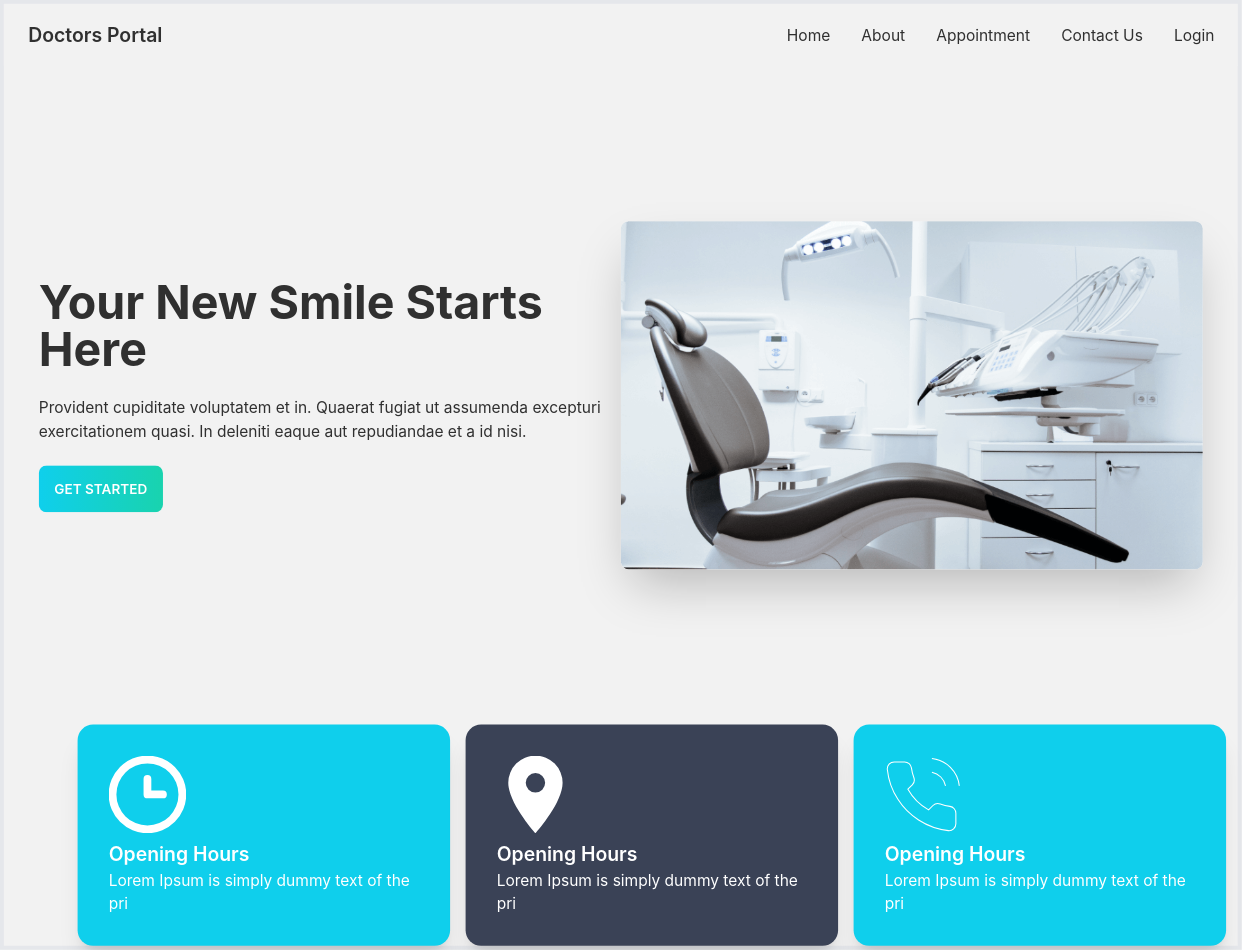
Repository: Samad77/Doctorportal-Client
Page: /
An editor plug-in stored every save of this project. The page is shown before and after the next save, followed by the edit.
The browser window is 1280 px wide. The pictures show the whole page, at 97% of full size.
The project was rebuilt for these pictures with package versions that can differ from the ones it lists, and the page was loaded fresh each time. Also part of the build but not shown: src/Pages/Login/Login.js.

Above is the page before, as saved 2022-11-12 11:14:23.

After the next save:
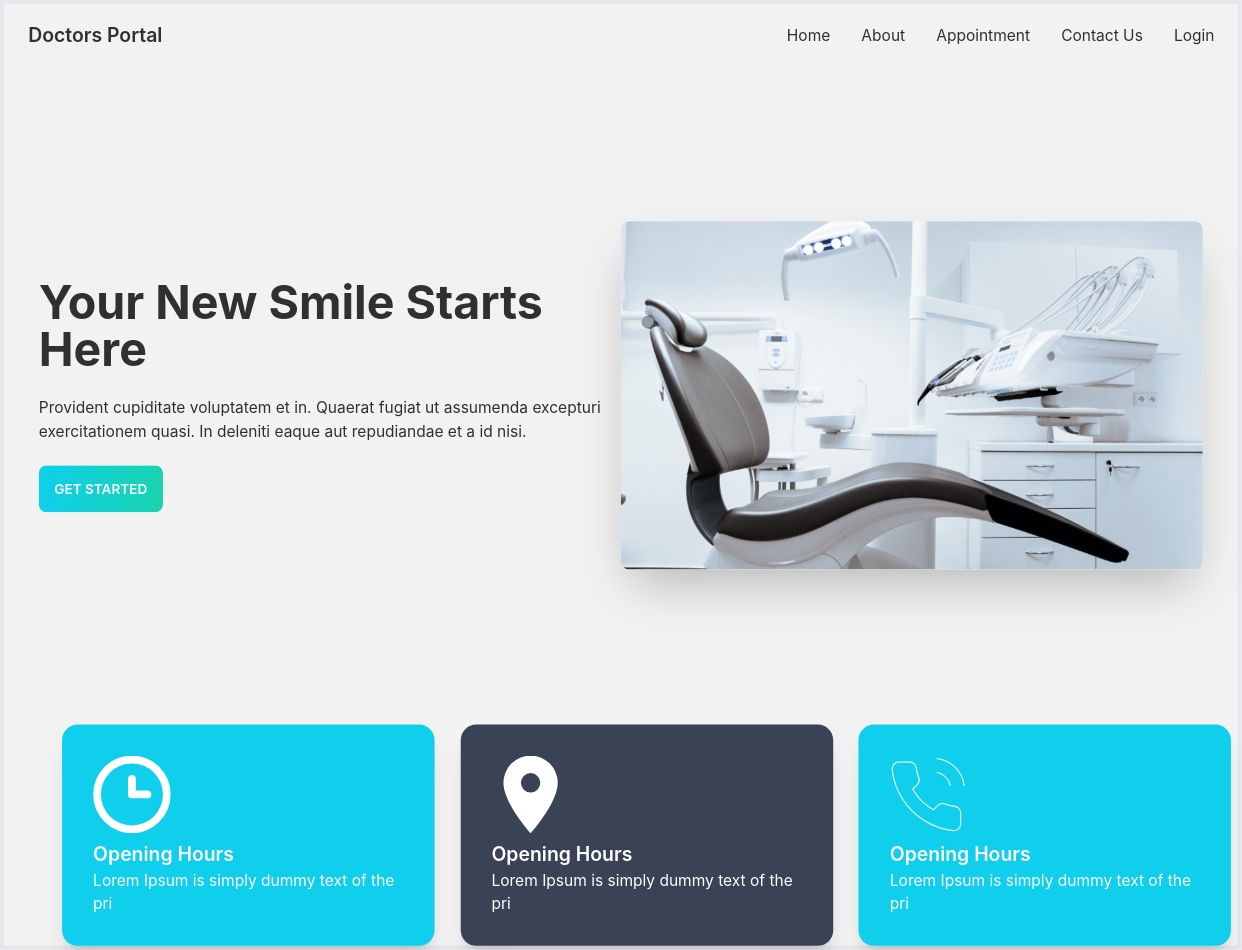
Saved 10 s later.
--- a/src/Pages/Home/Cards/Cards.js
+++ b/src/Pages/Home/Cards/Cards.js
@@ -6,7 +6,7 @@ import img4 from '../../../assets/icons/quote.svg'
 
 const Cards = () => {
     return (
-        <section className='grid grid-cols-3 px-14 gap-20'>
+        <section className='grid grid-cols-3 px-10 gap-20'>
             <div className="card w-96 bg-primary text-white shadow-xl">
                 <div className="card-body flex ">
                     <div className=''>
